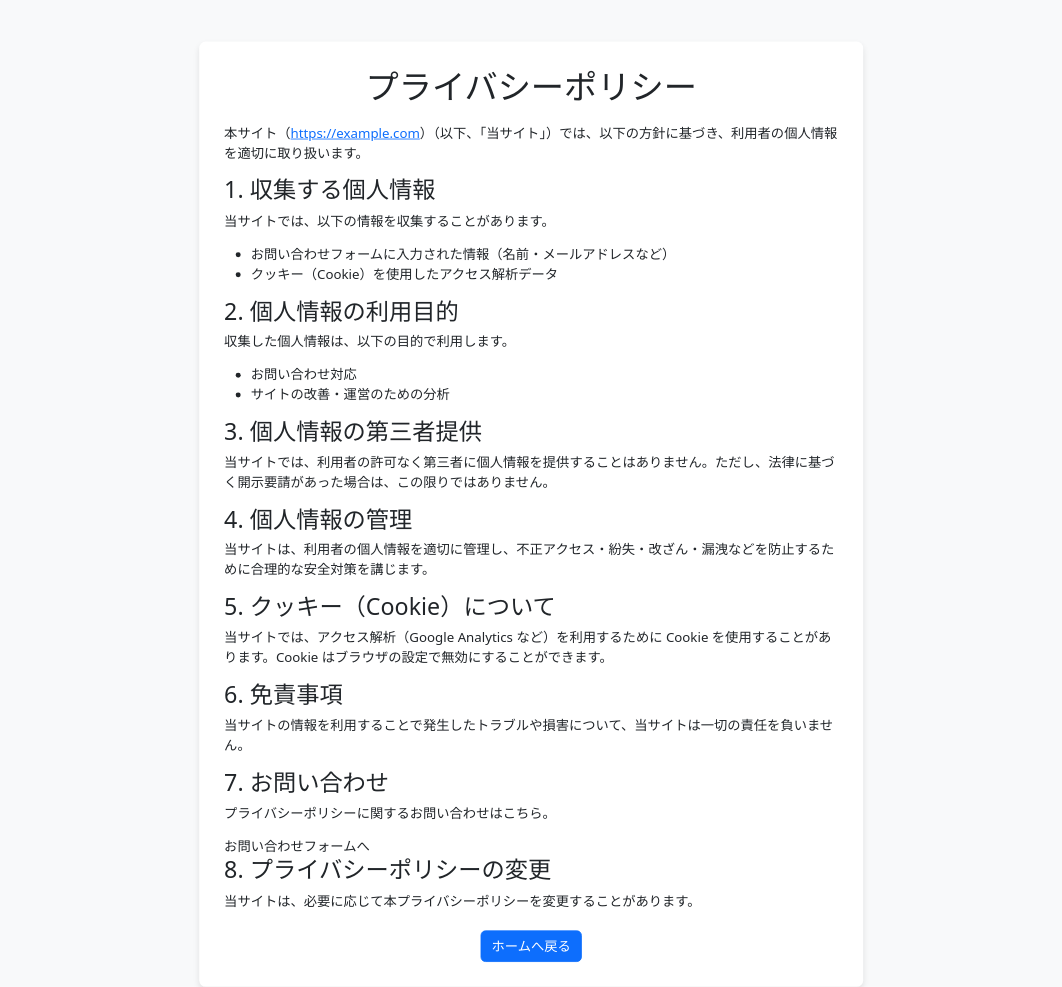
Repository: masa1228ew/original
Page: http://localhost/auth/privacy
These files come from the project's save history. The page is drawn as it stood at one moment and after the next save; the edit follows.
The browser window is 1280 px wide. The pictures show the whole page, at 83% of full size.
The page is this project's Thymeleaf template; nobody is signed in. The template is opened directly, without the code that normally fills it, so the values that code supplies are empty.

Above is the page before, as saved 2025-02-16 14:42:28.

### original/original/src/main/resources/templates/auth/privacy.html
<!DOCTYPE html>
<html lang="ja">
<head>
    <meta charset="UTF-8">
    <meta name="viewport" content="width=device-width, initial-scale=1">
    <title>プライバシーポリシー</title>
    <link href="https://cdn.jsdelivr.net/npm/bootstrap@5.2.3/dist/css/bootstrap.min.css" rel="stylesheet">
    <style>
        body {
            background-color: #f8f9fa;
        }
        .container {
            max-width: 800px;
            background: white;
            padding: 30px;
            margin-top: 50px;
            border-radius: 8px;
            box-shadow: 0 4px 8px rgba(0, 0, 0, 0.1);
        }
        h1 {
            text-align: center;
            margin-bottom: 20px;
        }
    </style>
</head>
<body>
	<div class="wrapper">
		<main>
    <div class="container">
        <h1>プライバシーポリシー</h1>

        <p>本サイト（<a href="https://example.com">https://example.com</a>）（以下、「当サイト」）では、以下の方針に基づき、利用者の個人情報を適切に取り扱います。</p>

        <h3>1. 収集する個人情報</h3>
        <p>当サイトでは、以下の情報を収集することがあります。</p>
        <ul>
            <li>お問い合わせフォームに入力された情報（名前・メールアドレスなど）</li>
            <li>クッキー（Cookie）を使用したアクセス解析データ</li>
        </ul>

        <h3>2. 個人情報の利用目的</h3>
        <p>収集した個人情報は、以下の目的で利用します。</p>
        <ul>
            <li>お問い合わせ対応</li>
            <li>サイトの改善・運営のための分析</li>
        </ul>

        <h3>3. 個人情報の第三者提供</h3>
        <p>当サイトでは、利用者の許可なく第三者に個人情報を提供することはありません。ただし、法律に基づく開示要請があった場合は、この限りではありません。</p>

        <h3>4. 個人情報の管理</h3>
        <p>当サイトは、利用者の個人情報を適切に管理し、不正アクセス・紛失・改ざん・漏洩などを防止するために合理的な安全対策を講じます。</p>

        <h3>5. クッキー（Cookie）について</h3>
        <p>当サイトでは、アクセス解析（Google Analytics など）を利用するために Cookie を使用することがあります。Cookie はブラウザの設定で無効にすることができます。</p>

        <h3>6. 免責事項</h3>
        <p>当サイトの情報を利用することで発生したトラブルや損害について、当サイトは一切の責任を負いません。</p>

        <h3>7. お問い合わせ</h3>
        <p>プライバシーポリシーに関するお問い合わせはこちら。</p>
				<a class="nav-link" th:href="@{/inquiry}">お問い合わせフォームへ</a>



        <h3>8. プライバシーポリシーの変更</h3>
        <p>当サイトは、必要に応じて本プライバシーポリシーを変更することがあります。</p>

        <div class="text-center mt-4">
            <a href="/" class="btn btn-primary">ホームへ戻る</a>
        </div>
    </div>
		</main>
	</div>

    <script src="https://cdn.jsdelivr.net/npm/bootstrap@5.2.3/dist/js/bootstrap.bundle.min.js"></script>
</body>
</html>

### original/original/src/main/resources/templates/fragment.html
<!DOCTYPE html>
<html  xmlns:th="https://www.thymeleaf.org">
	<head>
		 <div th:fragment="meta" th:remove="tag">
             <meta charset="UTF-8">
             <meta name="viewport" content="width=device-width, initial-scale=1">
         </div>

         <div th:fragment="header" th:remove="tag">
            <nav class="navbar navbar-expand-md navbar-light bg-white shadow-sm samuraitravel-navbar">
                <div class="container samuraitravel-container">
                    <a class="navbar-brand" th:href="@{/}">
                        ロゴ
                    </a>

                    <button class="navbar-toggler" type="button" data-bs-toggle="collapse" data-bs-target="#navbarSupportedContent" aria-controls="navbarSupportedContent" aria-expanded="false" aria-label="Toggle navigation">
                        <span class="navbar-toggler-icon"></span>
                    </button>

                    <div class="collapse navbar-collapse" id="navbarSupportedContent">
                       <ul class="navbar-nav ms-auto">
    <!-- 未ログインであれば表示する -->
    <li class="nav-item" sec:authorize="isAnonymous()">
        <a class="nav-link" th:href="@{/login}">ログイン</a>
    </li>
    <li class="nav-item" sec:authorize="isAnonymous()">
        <a class="nav-link" th:href="@{/signup}">会員登録</a>
    </li>

    <!-- ログイン済みであれば表示する -->
    <li class="nav-item dropdown" sec:authorize="isAuthenticated()">
        <!-- ドロップダウンを開くためのボタン -->
        <a class="nav-link dropdown-toggle" href="#" id="navbarDropdownGeneral" role="button" data-bs-toggle="dropdown" aria-expanded="false">
            メニュー
        </a>
        <!-- ドロップダウンメニュー -->
        <ul class="dropdown-menu dropdown-menu-end" aria-labelledby="navbarDropdownGeneral">
            <li>
                <a class="dropdown-item samuraitravel-dropdown-item" th:href="@{/logout}"
                   onclick="event.preventDefault(); document.getElementById('logout-form').submit();">
                    ログアウト
                </a>
            </li>

			<li>
				<a class="dropdown-item samuraitravel-dropdown-item" th:href="@{/privacy}">
					プライバシーポリシー
				</a>
			</li>
			<li>
				<a class="dropdown-item samuraitravel-dropdown-item" th:href="@{/inquiry}">
					お問い合わせ
				</a>
			</li>
        </ul>
        <form class="d-none" id="logout-form" th:action="@{/logout}" method="post"></form>
    </li>
</ul>
                    </div>
                </div>
            </nav>
        </div>
	</head>
	<body>
		 <div th:fragment="scripts" th:remove="tag">
           <!-- Bootstrap -->
           <script src="https://cdn.jsdelivr.net/npm/bootstrap@5.2.3/dist/js/bootstrap.bundle.min.js" integrity="sha384-kenU1KFdBIe4zVF0s0G1M5b4hcpxyD9F7jL+jjXkk+Q2h455rYXK/7HAuoJl+0I4" crossorigin="anonymous"></script>
       </div>
	</body>
</html>

After the next save:
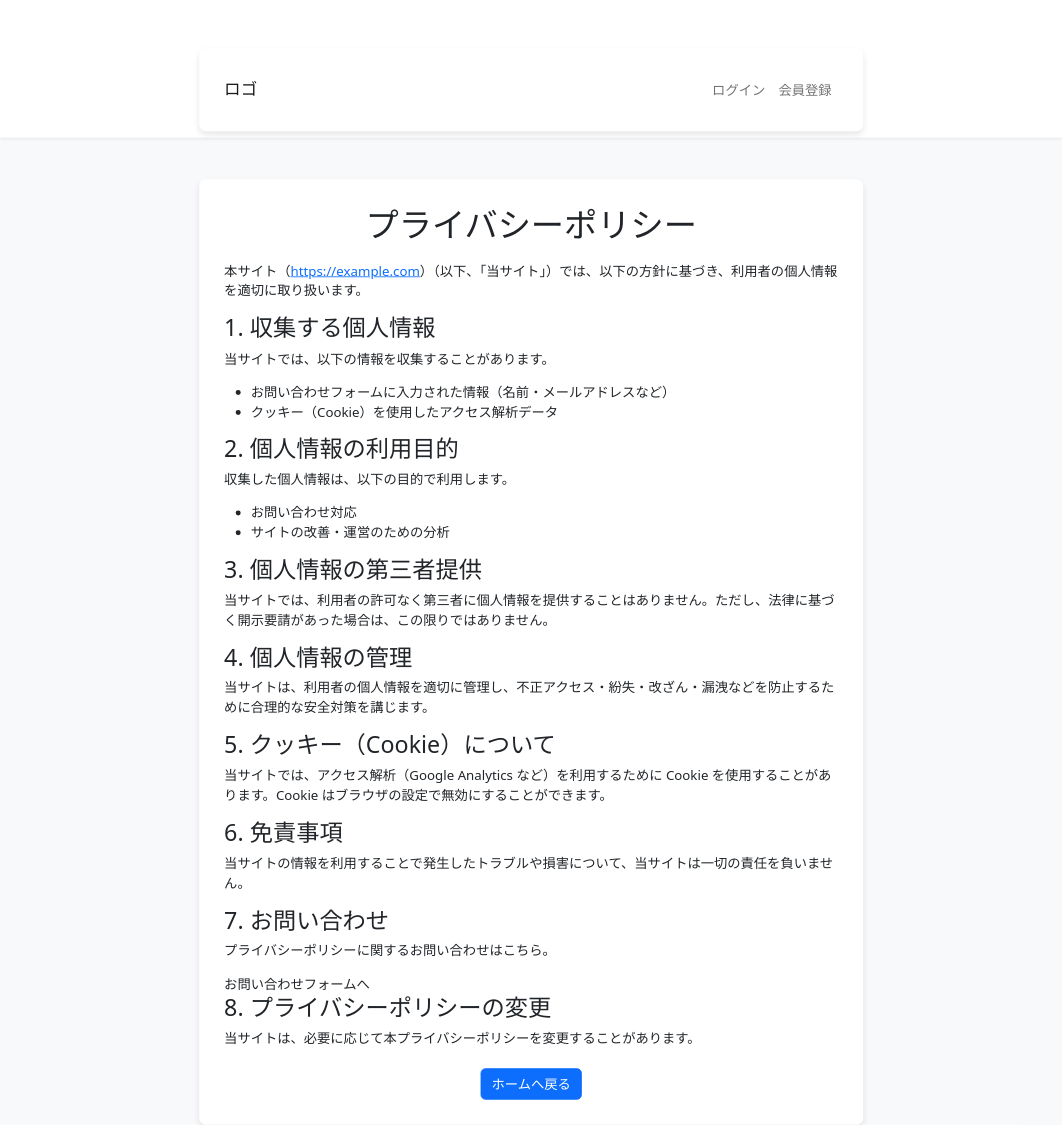
Saved 31 s later.
--- a/original/original/src/main/resources/templates/auth/privacy.html
+++ b/original/original/src/main/resources/templates/auth/privacy.html
@@ -25,6 +25,7 @@
 </head>
 <body>
 	<div class="wrapper">
+		 <div th:replace="~{fragment :: header}"></div>
 		<main>
     <div class="container">
         <h1>プライバシーポリシー</h1>
